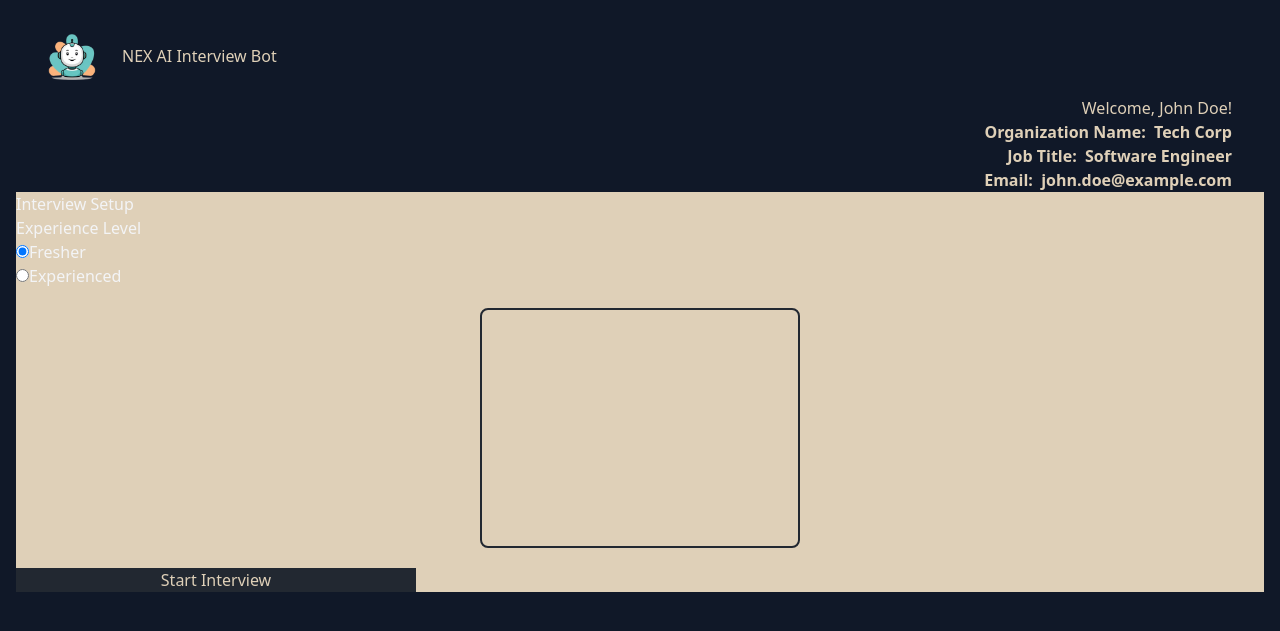
Repository: ddnyanu/AI-INTERVIEW-BOT
Page: / (app in AI-Interview-bot/)
The author's editor kept a copy of each file at every save. The page is drawn from the files as they stood at one save, then again after the next save.
The browser window is 1280 px wide. The pictures show the whole page.
The page's requests for data from a server got no answer. The project was rebuilt for these pictures with package versions that can differ from the ones it lists, and the page was loaded fresh each time. No one was signed in, and anything a server would have sent is missing. Also part of the build but not shown: AI-Interview-bot/vite.config.js, AI-Interview-bot/src/components/MicButton.jsx, AI-Interview-bot/src/components/ProgressBar.jsx, AI-Interview-bot/src/components/Timer.jsx, AI-Interview-bot/src/components/InterviewSection.jsx, AI-Interview-bot/src/components/ReportModal.jsx, AI-Interview-bot/src/pages/Error.jsx, AI-Interview-bot/src/pages/InterviewInvitation.jsx.

Above is the page before, as saved 2025-06-16 10:55:24.

### AI-Interview-bot/src/index.css
@import "tailwindcss";

/* Custom styles */
.header {
  background: linear-gradient(135deg, #222831);
  color: #dfd0b8;
  margin-bottom: 2rem;
  border-radius: 0 0 10px 10px;
  height: 8rem;
  padding: 1rem 2rem;
}

.mic-button {
  width: 100px;
  height: 100px;
  border-radius: 50%;
  background-color: #222831;
  color: white;
  border: none;
  font-size: 24px;
  cursor: pointer;
  display: flex;
  justify-content: center;
  align-items: center;
  box-shadow: 0 4px 8px rgba(0, 0, 0, 0.2);
  transition: all 0.3s;
}

.mic-button:hover {
  transform: scale(1.05);
  box-shadow: 0 6px 12px rgba(0, 0, 0, 0.3);
}

.mic-button.recording {
  animation: pulse 1.5s infinite;
  background-color: #393e46;
}

.interview-complete-message {
  background-color: #d4edda;
  color: #155724;
  padding: 15px;
  border-radius: 8px;
  margin-top: 20px;
  text-align: center;
}

.start-new-btn {
  position: fixed;
  bottom: 20px;
  left: 20px;
  z-index: 1000;
  box-shadow: 0 4px 8px rgba(0, 0, 0, 0.1);
  padding: 10px 20px;
  font-weight: bold;
  background-color: #222831;
  border-color: #393e46;
  color: white;
}

.start-new-btn:hover {
  background-color: #222831;
  border-color: #393e46;
  color: white;
}

.camera-container {
  position: relative;
  width: 320px;
  height: 240px;
  margin: 20px auto;
  border: 2px solid #222831;
  border-radius: 8px;
  overflow: hidden;
}

.camera-feed {
  width: 100%;
  height: 100%;
  object-fit: cover;
}

/* Rating badges */
.rating-excellent {
  background-color: #28a745;
}
.rating-good {
  background-color: #17a2b8;
}
.rating-average {
  background-color: #ffc107;
  color: black;
}
.rating-poor {
  background-color: #dc3545;
}

/* Decision colors */
.decision-selected {
  color: #28a745;
}
.decision-onhold {
  color: #ffc107;
}
.decision-rejected {
  color: #dc3545;
}

### AI-Interview-bot/src/App.jsx
import React from "react";
import { BrowserRouter as Router, Routes, Route } from "react-router-dom";
import Home from "./pages/Home";
import Error from "./pages/Error";
import InterviewInvitation from "./pages/InterviewInvitation";

function App() {
  return (
    <Router>
      <div className="font-sans bg-gray-100 min-h-screen">
        <Routes>
          <Route path="/" element={<Home />} />
          <Route path="/error" element={<Error />} />
          <Route path="/invitation" element={<InterviewInvitation />} />
        </Routes>
      </div>
    </Router>
  );
}

export default App;

### AI-Interview-bot/src/pages/Home.jsx
import React, { useState } from "react";
import Header from "../components/Header";
import SetupSection from "../components/SetupSection";
import InterviewSection from "../components/InterviewSection";
import ReportModal from "../components/ReportModal";

function Home() {
  // State management for interview flow
  const [interviewStarted, setInterviewStarted] = useState(false);
  const [interviewCompleted, setInterviewCompleted] = useState(false);
  const [showReportModal, setShowReportModal] = useState(false);
  const [interviewSettings, setInterviewSettings] = useState({
    role: "Software Engineer",
    experienceLevel: "fresher",
    yearsExperience: 0,
    resumeText: "",
    jdText: "",
    autoStartRecording: true,
  });

  // Mock candidate data - replace with actual API call
  const candidateData = {
    candidateName: "John Doe",
    organizationName: "Tech Corp",
    jobTitle: "Software Engineer",
    email: "john.doe@example.com",
  };

  // Handler functions
  const handleStartInterview = (settings) => {
    setInterviewSettings((prev) => ({ ...prev, ...settings }));
    setInterviewStarted(true);
  };

  const handleInterviewComplete = () => {
    setInterviewCompleted(true);
  };

  const handleViewReport = () => {
    setShowReportModal(true);
  };

  const handleStartNewInterview = () => {
    setInterviewStarted(false);
    setInterviewCompleted(false);
  };

  const handleCloseReport = () => {
    setShowReportModal(false);
  };

  return (
    <div className="bg-gray-900 min-h-screen text-gray-100">
      {/* Application Header */}
      <Header {...candidateData} />

      {/* Main Content Area */}
      <main className="container mx-auto px-4 py-8">
        {!interviewStarted ? (
          // Setup Phase
          <SetupSection onStartInterview={handleStartInterview} />
        ) : (
          // Interview Phase
          <InterviewSection
            interviewSettings={interviewSettings}
            onInterviewComplete={handleInterviewComplete}
            onViewReport={handleViewReport}
            onStartNewInterview={handleStartNewInterview}
          />
        )}
      </main>

      {/* Report Modal */}
      <ReportModal show={showReportModal} onClose={handleCloseReport} />
    </div>
  );
}

export default Home;

### AI-Interview-bot/src/components/Header.jsx
import React from "react";

const Header = ({ candidateName, organizationName, jobTitle, email }) => {
  return (
    <div className="container-fluid">
      <div className="row header">
        <div className="col-md-8 d-flex flex-column justify-content-center text-left">
          <h1 style={{ display: "flex", alignItems: "center" }}>
            <img
              src="/src/assets/botImage.png"
              alt="Bot Logo"
              style={{ height: "80px", marginRight: "10px" }}
            />
            NEX AI Interview Bot
          </h1>
        </div>
        <div className="col-md-4 d-flex flex-column justify-content-center align-items-end pr-4">
          <h5 className="mb-0 text-right">
            Welcome, {candidateName}!<br />
            <strong>
              Organization Name: &nbsp;{organizationName || "N/A"}
            </strong>
            <br />
            <strong>Job Title: &nbsp;{jobTitle || "N/A"}</strong>
            <br />
            <strong>Email: &nbsp;{email || "N/A"}</strong>
          </h5>
        </div>
      </div>
    </div>
  );
};

export default Header;

### AI-Interview-bot/src/components/SetupSection.jsx
import React, { useState } from "react";
import CameraFeed from "./CameraFeed";

const SetupSection = ({ onStartInterview }) => {
  const [experienceLevel, setExperienceLevel] = useState("fresher");
  const [yearsExperience, setYearsExperience] = useState(3);

  const handleSubmit = (e) => {
    e.preventDefault();
    onStartInterview({
      experienceLevel,
      yearsExperience: experienceLevel === "experienced" ? yearsExperience : 0,
    });
  };

  return (
    <div className="row setup-section">
      <div className="col-md-6 offset-md-3">
        <div className="card" style={{ backgroundColor: "#dfd0b8" }}>
          <div className="card-header">
            <h3>Interview Setup</h3>
          </div>
          <div className="card-body">
            <form onSubmit={handleSubmit}>
              <div className="mb-3">
                <label className="form-label">Experience Level</label>
                <div className="form-check">
                  <input
                    className="form-check-input"
                    type="radio"
                    name="experienceLevel"
                    id="fresher"
                    value="fresher"
                    checked={experienceLevel === "fresher"}
                    onChange={() => setExperienceLevel("fresher")}
                  />
                  <label className="form-check-label" htmlFor="fresher">
                    Fresher
                  </label>
                </div>
                <div className="form-check">
                  <input
                    className="form-check-input"
                    type="radio"
                    name="experienceLevel"
                    id="experienced"
                    value="experienced"
                    checked={experienceLevel === "experienced"}
                    onChange={() => setExperienceLevel("experienced")}
                  />
                  <label className="form-check-label" htmlFor="experienced">
                    Experienced
                  </label>
                </div>
              </div>

              {experienceLevel === "experienced" && (
                <div className="mb-3 experience-fields" id="experienceFields">
                  <label htmlFor="yearsExperience" className="form-label">
                    Years of Experience
                  </label>
                  <input
                    type="number"
                    className="form-control"
                    id="yearsExperience"
                    min="1"
                    max="30"
                    value={yearsExperience}
                    onChange={(e) =>
                      setYearsExperience(parseInt(e.target.value))
                    }
                  />
                </div>
              )}

              <CameraFeed />

              <button
                type="submit"
                id="startInterviewBtn"
                className="btn btn-lg w-100"
                style={{ backgroundColor: "#222831", color: "#dfd0b8" }}
              >
                <i className="fas fa-play"></i> Start Interview
              </button>
            </form>
          </div>
        </div>
      </div>
    </div>
  );
};

export default SetupSection;

### AI-Interview-bot/src/components/CameraFeed.jsx
import React, { useEffect, useRef } from "react";

const CameraFeed = () => {
  const videoRef = useRef(null);

  useEffect(() => {
    let mediaStream = null;

    const initCamera = async () => {
      try {
        mediaStream = await navigator.mediaDevices.getUserMedia({
          video: {
            width: { ideal: 640 },
            height: { ideal: 480 },
            facingMode: "user",
          },
          audio: false,
        });

        if (videoRef.current) {
          videoRef.current.srcObject = mediaStream;
        }
      } catch (err) {
        console.error("Error accessing camera:", err);
      }
    };

    initCamera();

    return () => {
      if (mediaStream) {
        mediaStream.getTracks().forEach((track) => track.stop());
      }
    };
  }, []);

  return (
    <div className="camera-container">
      <video
        ref={videoRef}
        className="camera-feed"
        autoPlay
        playsInline
      ></video>
    </div>
  );
};

export default CameraFeed;

Loaded but not shown: AI-Interview-bot/index.html (common file); AI-Interview-bot/src/main.jsx (common file)

After the next save:
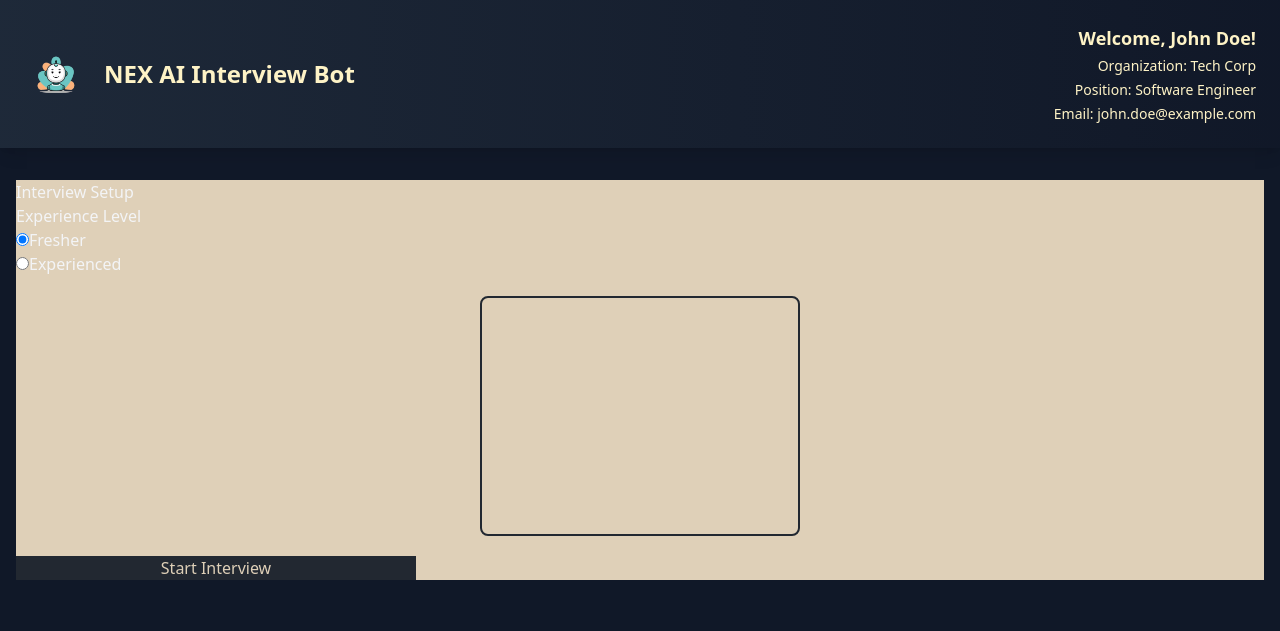
Saved 17 s later.
--- a/AI-Interview-bot/src/components/Header.jsx
+++ b/AI-Interview-bot/src/components/Header.jsx
@@ -1,34 +1,41 @@
 import React from "react";
 
-const Header = ({ candidateName, organizationName, jobTitle, email }) => {
+function Header({ candidateName, organizationName, jobTitle, email }) {
   return (
-    <div className="container-fluid">
-      <div className="row header">
-        <div className="col-md-8 d-flex flex-column justify-content-center text-left">
-          <h1 style={{ display: "flex", alignItems: "center" }}>
+    <header className="bg-gradient-to-r from-gray-800 to-gray-900 text-amber-100 shadow-lg">
+      <div className="container mx-auto px-6 py-6">
+        <div className="flex flex-col md:flex-row justify-between items-center">
+          {/* Logo and Branding */}
+          <div className="flex items-center mb-4 md:mb-0">
             <img
               src="/src/assets/botImage.png"
-              alt="Bot Logo"
-              style={{ height: "80px", marginRight: "10px" }}
+              alt="NEX AI Logo"
+              className="h-16 mr-4"
             />
-            NEX AI Interview Bot
-          </h1>
-        </div>
-        <div className="col-md-4 d-flex flex-column justify-content-center align-items-end pr-4">
-          <h5 className="mb-0 text-right">
-            Welcome, {candidateName}!<br />
-            <strong>
-              Organization Name: &nbsp;{organizationName || "N/A"}
-            </strong>
-            <br />
-            <strong>Job Title: &nbsp;{jobTitle || "N/A"}</strong>
-            <br />
-            <strong>Email: &nbsp;{email || "N/A"}</strong>
-          </h5>
+            <h1 className="text-2xl font-bold">NEX AI Interview Bot</h1>
+          </div>
+
+          {/* Candidate Information */}
+          <div className="text-right">
+            <h2 className="text-lg font-semibold">Welcome, {candidateName}!</h2>
+            <div className="text-sm space-y-1 mt-1">
+              <p>
+                <span className="font-medium">Organization:</span>{" "}
+                {organizationName || "N/A"}
+              </p>
+              <p>
+                <span className="font-medium">Position:</span>{" "}
+                {jobTitle || "N/A"}
+              </p>
+              <p>
+                <span className="font-medium">Email:</span> {email || "N/A"}
+              </p>
+            </div>
+          </div>
         </div>
       </div>
-    </div>
+    </header>
   );
-};
+}
 
 export default Header;
